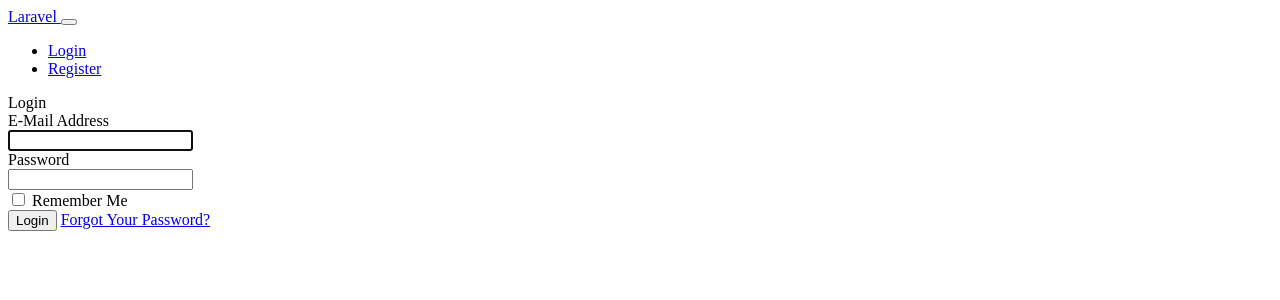
Repository: PatryxB/libraryBook
Page: http://localhost/login
An editor plug-in stored every save of this project. The page is shown before and after the next save, followed by the edit.
The browser window is 1280 px wide. The pictures show the whole page.
The page is served by the project's Laravel application, run on PHP 8.4 with Laravel 8. Style sheets and scripts are compiled from the project's sources, by tool versions that may differ from the author's.

Above is the page before, as saved 2020-05-14 13:34:23.

After the next save:
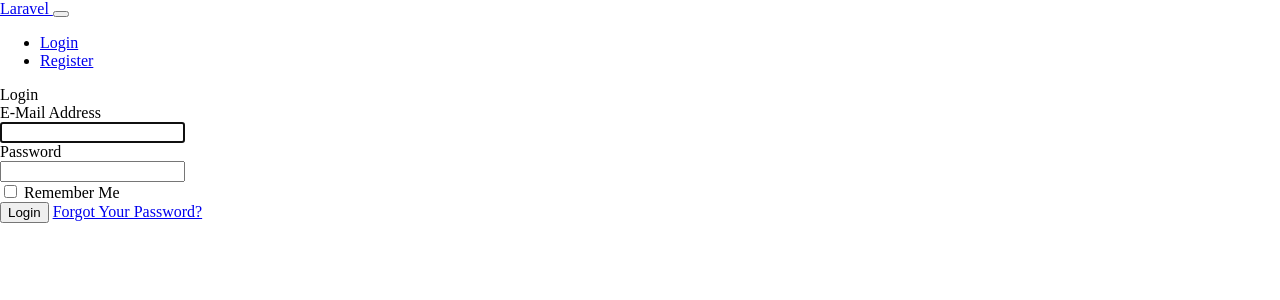
Saved 52 s later.
--- a/resources/sass/app.scss
+++ b/resources/sass/app.scss
@@ -4,7 +4,7 @@
 // Variables
 @import 'variables';
 
-html{
+html, body{
     margin: 0;
     padding: 0;
     box-sizing: border-box;
